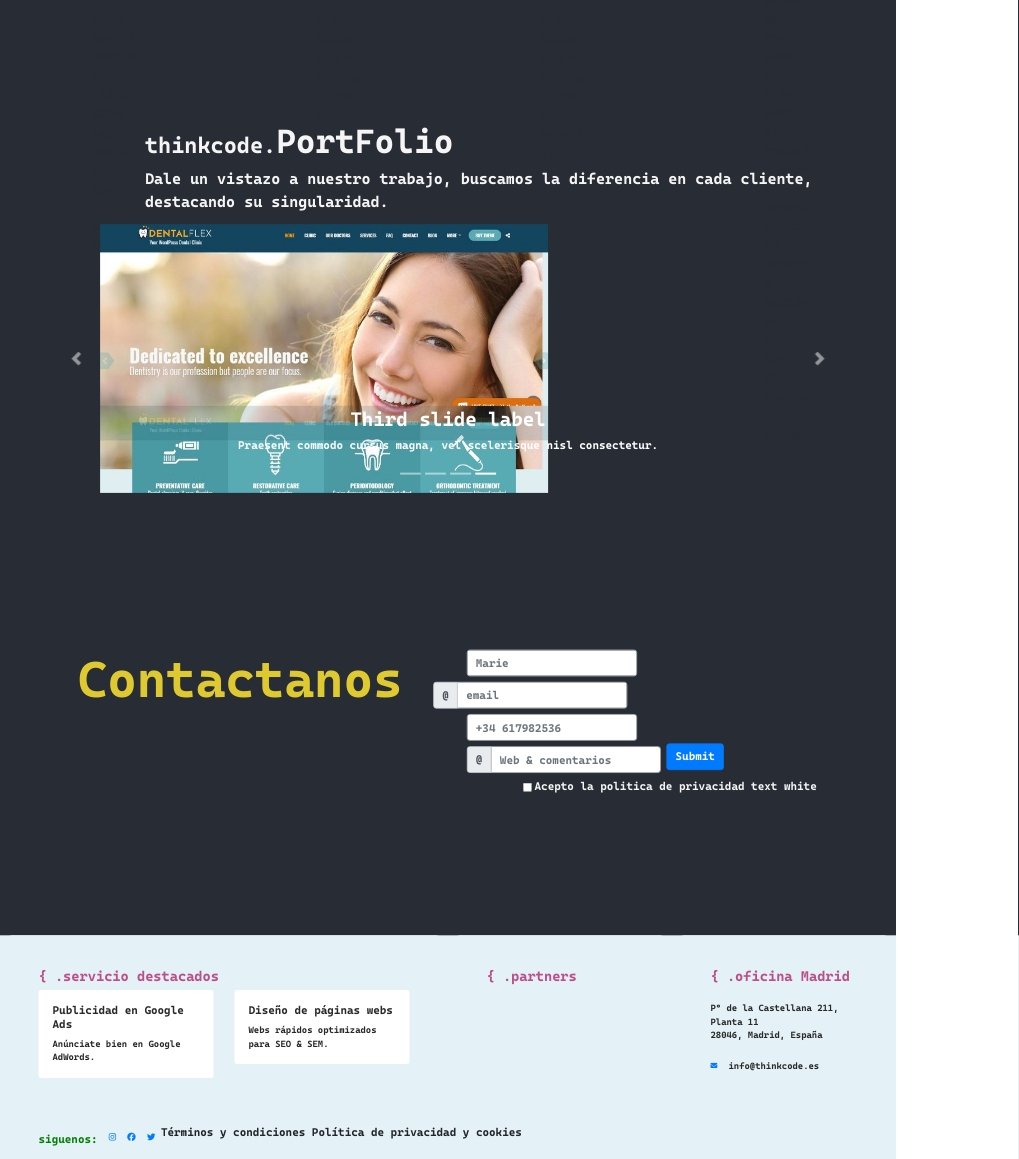
Repository: banchiec/thinkcode
Page: /
These files come from the project's save history. The page is drawn as it stood at one moment and after the next save; the edit follows.
The browser window is 1280 px wide. The page is 1455 px wide, so the pictures cover 1455 px, including what lies to the right of the window. The pictures show the part of the page from y = 2063 to 3743 px (the page is 3719 px tall before and 3743 px after), at 70% of full size.
Some web libraries are served in a nearby version. The project was rebuilt for these pictures with package versions that can differ from the ones it lists, and the page was loaded fresh each time. Also part of the build but not shown: src/components/MenuItems.js, src/components/Dropdownthink.css, src/components/Dropdownthink.js, src/components/pages/Consulting.js, src/components/pages/ContactUs.js, src/components/pages/Marketing.js, src/components/pages/Products.js, src/components/pages/Services.js and 1 more. Imported but missing from the stored project, and not drawn on this page: src/components/sliderInfo/SliderInfo.

Above is the page before, as saved 2020-11-30 15:28:58.

### public/index.html
<!DOCTYPE html>
<html lang="en">
  <head>
    <meta charset="utf-8" />
    <link rel="icon" href="%PUBLIC_URL%/favicon.ico" />
    <meta name="viewport" content="width=device-width, initial-scale=1" />
    <meta name="theme-color" content="#000000" />
    <meta
      name="description"
      content="Web site created using create-react-app"
    />
    <link rel="apple-touch-icon" href="%PUBLIC_URL%/logo192.png" />

    <!-- fontawesome -->
    <script src="https://kit.fontawesome.com/e7a02c1b14.js" crossorigin="anonymous"></script>
    <!-- jquery -->
    <script src="https://code.jquery.com/jquery-2-2.0.min.js"></script>
    <!--
      manifest.json provides metadata used when your web app is installed on a
      user's mobile device or desktop. See https://developers.google.com/web/fundamentals/web-app-manifest/
    -->
    <link rel="manifest" href="%PUBLIC_URL%/manifest.json" />
    <!--
      Notice the use of %PUBLIC_URL% in the tags above.
      It will be replaced with the URL of the `public` folder during the build.
      Only files inside the `public` folder can be referenced from the HTML.

      Unlike "/favicon.ico" or "favicon.ico", "%PUBLIC_URL%/favicon.ico" will
      work correctly both with client-side routing and a non-root public URL.
      Learn how to configure a non-root public URL by running `npm run build`.
    -->
    <title>React App</title>
  </head>
  <body>
    <noscript>You need to enable JavaScript to run this app.</noscript>
    <div id="root"></div>
    <!--
      This HTML file is a template.
      If you open it directly in the browser, you will see an empty page.

      You can add webfonts, meta tags, or analytics to this file.
      The build step will place the bundled scripts into the <body> tag.

      To begin the development, run `npm start` or `yarn start`.
      To create a production bundle, use `npm run build` or `yarn build`.
    -->


  </body>
</html>

### src/index.css
body {
  margin: 0;
  font-family: -apple-system, BlinkMacSystemFont, 'Segoe UI', 'Roboto', 'Oxygen',
    'Ubuntu', 'Cantarell', 'Fira Sans', 'Droid Sans', 'Helvetica Neue',
    sans-serif;
  -webkit-font-smoothing: antialiased;
  -moz-osx-font-smoothing: grayscale;
}

code {
  font-family: source-code-pro, Menlo, Monaco, Consolas, 'Courier New',
    monospace;
}
@font-face{
  font-family: 'CascadiaCode-Bold';
  src: local('CascadiaCode-Bold'), url(./fonts/CascadiaCode-Bold.ttf)
}

### src/App.js
import './App.css';
// import logo_thinkcode from './logo_thinkcode.png'
import React, {} from 'react'
import 'animate.css'
import Navbarthink from './components/Navbarthink'
import InfoSection from './components/infoSection/InfoSection'
import Pricing from './components/pricing/Pricing'
import Footer from './components/footer/Footer'
import Slide from './components/slide/Slide'
import FormContact from './components/forms/FormContact'
import {BrowserRouter as Router, Switch, Route} from 'react-router-dom'


// import Button  from 'react-bootstrap/Button'
// import 'bootstrap/dist/css/bootstrap.min.css'

// import {Navbar,Button, Nav , NavLink} from 'react-bootstrap'

import Consulting from './components/pages/Consulting'
import ContactUs from './components/pages/ContactUs'
import Home from './components/pages/Home'
import Marketing from './components/pages/Marketing'
import Products from './components/pages/Products'
import Services from './components/pages/Services'
import SignUp from './components/pages/SignUp'
// import InfoSection from './components/infoSection/InfoSection';

function App() {

  // const [click, setClick] = useState(false)
  // const [dropdown, setDropdown] = useState(false)




  return (
    <div className="App">
      <Router>
        <Navbarthink/>
        <Switch>
          <Route path='/consulting' exact component ={Consulting}></Route>
          <Route path='/contact-us' exact component ={ContactUs}></Route>
          <Route path='/' exact component ={Home}></Route>
          <Route path='/marketing' exact component ={Marketing}></Route>
          <Route path='/products' exact component ={Products}></Route>
          <Route path='/services' exact component ={Services}></Route>
          <Route path='/sign-up' exact component ={SignUp}></Route>
        </Switch>
        <InfoSection></InfoSection>
        <Pricing></Pricing>
        <Slide/>
        <FormContact></FormContact>
        <Footer/>
      </Router>

    </div>
  );
}

export default App;

### src/App.css
*{
  box-sizing: border-box;
  margin: 0;
  padding: 0;
  font-family: CascadiaCode-Bold;
  /* background: #282c34 ; */
  /* background: linear-gradient(90deg, rgb(76, 80, 88) 100%, rgb(8, 8, 9) 0%); */
}

.App {
  text-align: center;
  background: #282c34 ;
}

.App-logo {
  height: 40vmin;
  pointer-events: none;
}

.home, .services, .products,.contact-us,.sign-up, .marketing, .consulting{
  display: flex;
  height: 90vh;
  align-items: center;
  justify-content: center;
  font-size: 3rem;
}





@media (prefers-reduced-motion: no-preference) {
  .App-logo {
    animation: App-logo-spin infinite 20s linear;
  }
}

.App-header {
  background-color: #282c34;
  min-height: 100vh;
  display: flex;
  flex-direction: column;
  align-items: center;
  justify-content: center;
  font-size: calc(10px + 2vmin);
  color: white;
}

.App-link {
  color: #61dafb;
}

@keyframes App-logo-spin {
  from {
    transform: rotate(0deg);
  }
  to {
    transform: rotate(360deg);
  }
}

### src/components/Navbarthink.js
import React, { useState} from 'react'
import logo_thinkcode from '../images/logo_thinkcode.png'
// import logo_thinkcode from '../images/logo_thinkcode.png'
import { Buttonthink} from './Buttonthink'
import {Link} from 'react-router-dom'
import './Navbarthink.css'
import Dropdownthink from './Dropdownthink'

export default function Navbarthink(){
    const [click, setClick] = useState(false)
    const [dropdown, setDropdown] = useState(false)

    const handleClick = () => setClick(!click)
    const closeMobileMenu = () => setClick(false)

    const onMouseEnter = () =>{
        if(window.innerWidth < 960) {
        setDropdown(false)
        } else {
        setDropdown(true)
        }
    }
    const onMouseLeave = () =>{
        if(window.innerWidth < 960) {
        setDropdown(false)
        } else {
        setDropdown(false)
        }
    }

    return(
        <>
            <nav className="navbarthink">
                <Link to='/' className="navbar-logo">
                    {/* thinkcode */}
                    <img alt="" src={logo_thinkcode} width="300" height="40"></img>
                </Link>
                <div className='menu-icon' onClick={handleClick}>
                    <i className={click ? 'fas fa-times' : 'fas fa-bars'}
                    />
                </div>
                <ul className={ click ? 'nav-menu active' : 'nav-menu'}>

                    <li className='nav-item'>
                        <Link to='/' className='nav-links' onClick={closeMobileMenu}>
                            Home
                        </Link>
                    </li>
                    <li className='nav-item'
                        onMouseEnter={onMouseEnter}
                        onMouseLeave={onMouseLeave}
                        // onClick={handleClick}
                        >
                        <Link to='/services' className='nav-links' onClick={closeMobileMenu}>
                           Services
                           <i className='fas fa-caret-down' />
                        </Link>
                        {dropdown && <Dropdownthink/>}
                    </li>
                    <li className='nav-item'>
                        <Link to='/products' className='nav-links' onClick={closeMobileMenu}>
                            Products
                        </Link>
                    </li>
                    <li className='nav-item'>
                        <Link to='/contact-us' className='nav-links' onClick={closeMobileMenu}>
                           Contact Us
                        </Link>
                    </li>
                    <li className='nav-item'>
                        <Link to='/sign-up' className='nav-links-mobile' onClick={closeMobileMenu}>
                           Sign up
                        </Link>
                    </li>

                </ul>
                <Buttonthink />
            </nav>
        </>
    )

}

### src/components/infoSection/InfoSection.js
import React from 'react'
// import {AlltextInfoSection} from './AlltextInfoSection'
import imagensvg3 from '../../images/imagensvg3.svg'
import 'bootstrap/dist/css/bootstrap.min.css'
import './infoSection.css'
import {Col, Container,Row,} from 'react-bootstrap'

export default function InfoSection() {

    return (
            <Container fluid  className="content-infoSection">
                <Row>
                    {
                        // AlltextInfoSection.map((item,index) => {
                        //     return (
                        //         <Row>
                        //         <Col  md={6} lg={6} >
                        //             {/* <h1 key={index}>{item.firstTitle}</h1> */}
                        //             <div className="content-text-infoSection">
                        //                 <h2 >{item.firstTitle}<span className="text-title-infoSection animate__animated animate__fadeInLeft animate__delay-1s">{item.secundTitle}</span></h2>
                        //                 <p className="text-infoSection">{item.text}</p>
                        //             </div>
                        //         </Col>
                        //         <Col  md={6} lg={6}  >
                        //             <img  className="imagensvg-infoSection" alt="" src={imagensvg3}></img>
                        //         </Col>
                        //         </Row>
                        //     )
                        // })
                    }

                    <Col  md={6} lg={6} >
                        <div className="content-text-infoSection">
                            <h2 >thinkcode.<span className="text-title-infoSection animate__animated animate__fadeInLeft animate__delay-1s">developers</span></h2>
                            <p className="text-infoSection">Diseño y desarrollo de aplicaciones y páginas web para tu negocio o proyecto.
                            Disfrutamos mucho con lo que hacemos, compruébalo.</p>
                        </div>
                    </Col>
                    <Col  md={6} lg={6}  >
                        <img  className="imagensvg-infoSection" alt="" src={imagensvg3}></img>
                    </Col>

                </Row>

            </Container >
            // <Container fluid  className="content-infoSection">
            //     <Row>
            //         <Col  md={6} lg={6} >
            //             <div className="content-text-infoSection">
            //                 <h2 >thinkcode.<span className="text-title-infoSection animate__animated animate__fadeInLeft animate__delay-1s">developers</span></h2>
            //                 <p className="text-infoSection">Diseño y desarrollo de aplicaciones y páginas web para tu negocio o proyecto.
            //                 Disfrutamos mucho con lo que hacemos, compruébalo.</p>
            //             </div>
            //         </Col>
            //         <Col  md={6} lg={6}  >
            //             <img  className="imagensvg-infoSection" alt="" src={imagensvg3}></img>
            //         </Col>

            //     </Row>

            // </Container >
    )
}

### src/components/pages/Home.js
import React,{useEffect} from 'react'
import '../sliderInfo/SliderInfo'

export default function Home() {

    useEffect(()=>{
    })
    return (
        <div>
            {/* <InfoSection></InfoSection> */}
            {/* <Pricing></Pricing> */}
            {/* <Slide/> */}
            {/* <Footer/> */}

           {/* <h1 className='consulting' >Thinkcode</h1> */}
        </div>
    )
}

### src/components/Buttonthink.js
import React  from 'react'
import './Buttonthink.css'
import {Link} from 'react-router-dom'

export function Buttonthink() {
        return (
            <Link to ='sing-up'>
               <button className='btnthink'>Sign think </button>
            </Link>
        )
}

### src/components/Navbarthink.css
.navbarthink{
  /* background: linear-gradient(9deg, rgb(66, 80, 88) 0%, rgb(8, 8, 9) 100%); */
  background: #282c34;

  height: 80px;
  display: flex;
  justify-content: center;
  align-items: center;
  font-size: 1.2rem;
}

.navbar-logo {
  color: #fff;
  justify-self: start;
  margin-left: 40px;
  cursor: pointer;
  text-decoration: none;
}

.fa-firstdraft {
  margin-left: 0.5rem;
  font-size: 1.6rem;
}

.nav-menu {
  display: grid;
  grid-template-columns: repeat(5, auto);
  grid-gap: 10px;
  list-style: none;
  text-align: center;
  width: 70vw;
  justify-content: end;
  margin-right: 2rem;
}

.nav-item {
  display: flex;
  align-items: center;
  height: 80px;
}

.nav-links {
  color: white;
  text-decoration: none;
  padding: 0.5rem 1rem;
}

.nav-links:hover {
  background-color: #1888ff;
  border-radius: 4px;
  transition: all 0.2s ease-out;
}

.fa-bars {
  color: #fff;
}

.nav-links-mobile {
  display: none;
}

.menu-icon {
  display: none;
}

@media screen and (max-width: 960px) {
  /* .text-propuesta {
    margin-top: 12rem;
  } */

  .fa-caret-down {
    display: none;
  }
  .NavbarItems {
    position: relative;
  }

  .nav-menu {
    display: flex;
    flex-direction: column;
    width: 100%;
    height: 90vh;
    position: absolute;
    top: 80px;
    left: -100%;
    opacity: 1;
    transition: all 0.9s ease;
  }

  .nav-menu.active {
    background: #2a2c30;
    left: 0;
    opacity: 1;
    transition: all 0.5s ease;
    z-index: 1;
  }

  .nav-links {
    text-align: center;
    padding: 2rem;
    width: 100%;
    display: table;
  }

  .nav-links:hover {
    background-color: #1888ff;
    border-radius: 0;
  }

  .navbar-logo {
    position: absolute;
    top: 0;
    left: 0;
    transform: translate(25%, 50%);
  }

  .menu-icon {
    display: block;
    position: absolute;
    top: 0;
    right: 0;
    transform: translate(-100%, 60%);
    font-size: 1.8rem;
    cursor: pointer;
  }

  .fa-times {
    color: #fff;
    font-size: 2rem;
  }

  .nav-links-mobile {
    display: block;
    text-align: center;
    padding: 1.5rem;
    margin: 2rem auto;
    border-radius: 4px;
    width: 80%;
    background: #1888ff;
    text-decoration: none;
    color: #fff;
    font-size: 1.5rem;
  }

  .nav-links-mobile:hover {
    background: #fff;
    color: #1888ff;
    transition: 250ms;
  }

  button {
    display: none;
  }
}

### src/components/infoSection/infoSection.css
.content-infoSection {
    /* padding: 0; */
    margin-top: 150px;
    background: #282c34 ;
    height: 700px;
    /* border: 1px solid rebeccapurple; */
}
.content-text-infoSection {
    margin-left: 12rem;
    margin-top: 8rem;
    text-align: start;
    /* border: 0; */
    /* padding: 0; */
    /* border: 1px solid whitesmoke; */
    color: whitesmoke;
}
.imagensvg-infoSection {
    padding: 0;
    /* border-right: 5px; */
    width: 800px;

}
.text-title-infoSection{
    font-size: 3rem;
    /* size: 12px; */
}
.text-infoSection {
    font-size: 22px;
}
@media screen and (max-width: 960px) {
    .content-infoSection {
        margin-top: 0px;
    }
    .text-infoSection{
        margin-top: 3rem;
        margin-left: 1rem;
        margin-right: 1rem;
    }
    .imagensvg-infoSection{
        margin-top: 5rem;
        width: 500px;
    }
    .content-text-infoSection {
        margin-left: 1rem;
    }
    .text-propuesta {
        margin-top: 15rem;
    }

}

### src/components/pricing/Pricing.css
.container-pricing {
    /* background-color: whitesmoke; */
    /* border: 1px solid white; */
    /* height:  800px; */
    background: linear-gradient(90deg, rgb(76, 80, 88) 100%, rgb(66, 66 66) 0%);
    /* z-index: -1; */
}
.container-card{
    padding-top: 4rem;
    align-content: center;
    padding: auto;
    text-align: start;
    /* height: 600px; */
    /* background-color: violet; */
    /* color: transparent; */
}
.card-pricing {
    /* width: 34rem; */
    margin-left: 5rem;
    background: #deca30;
    /* background: #3b4454; */
    /* background: linear-gradient(90deg, rgb(224, 242, 241) 0%, rgb(255, 255, 255) 100%); */
    margin-right: 3rem;
    height: 52rem;
}
.card-left {
    margin-top: 4rem;
}
.card-right {
    margin-top: 4rem;
}
.card-button {
    /* margin-top: 3rem; */
    /* margin-left: 13rem; */
    position: absolute;
    right: 13px;
    bottom: 18px;
    color: whitesmoke;
}
.text-card {
    padding-top: 1.5rem;
    padding-left: 1rem;
    padding-right: 2.5rem;
    color: #282c34;
    font-size: 18px;
}
.image-pricing {
    height: 15rem;
    width: 80%;
    align-self: center;
}
.title-card {
    /* padding-top: 0.2rem; */
    padding-left: 1rem;
    color: #282c34;
    font-size: 28px;
}
.text-propuesta {
    margin: 0 0.5rem;
    animation: bounce;
    animation-duration: 2s;
    color: whitesmoke;
    font-size: 3rem;
}

@media screen and (max-width: 960px){
    .text-propuesta{
        margin-top: 12rem;
    }
}

### src/components/footer/Footer.css
.container-footer {
    border: 0;
    /* padding: 0; */
    /* border: 1px solid green; */
    height: auto;
    background: #e4f1f7;
}
.card{
    /* padding-bottom: 22px; */
    border: 0;
    /* background: white; */
    text-align: left;
    font-size: small;
    width: auto;
    /* background: #deca30; */
}
.card-footer {
    padding-top: 10px;
    padding-bottom: 22px;
    border: 0;
    color: #282a28;
    background: #e4f1f7;
}
.text-card-footer  {
    padding: 0;
    margin-top: 1.5rem;
    font-size: small;
    text-align: start;
}
.title-footer{
    text-align: left;
    font-size: medium;
}
.title-card-footer {
    margin-top: 1rem;
    text-align: left;
    color: #bc4f88;
}
.pin-ic{
    margin-top: 12px;
    margin: 8px;
    position:center;
}

.pin-ic-enveloped{
    margin-top: 12px;
    /* margin: 8px; */
    margin-right: 1rem;
    position:center;
}
.iconos-redes-sociales{
    position: relative;
    margin-left: 2.5rem;
}
.text-siguenos{
    margin-top: 10px;
    margin-right: 8px;
    color: green;

}

### src/components/slide/Slide.css
.container-slider {
    margin-top: 10rem;
    border-top: 5rem;
    margin-bottom: 5rem;
}
.d-block {
    margin-left: 8rem;
    width: 40rem;
    height: 24rem;
    /* border:1px solid green; */
}

.container-secundary-slider .d-block {
    width: 20rem;
    height: 12rem;
    margin-left: 2rem;


}
.carousel-large {
    width: 100%;
}
@media screen and (max-width: 960px) {
    .d-block {
        margin-left: auto;
    }

}

### src/components/forms/FormContact.css
.container-formContact {
    /* border:1px solid green; */
    /* background:  ; */
}
.container-form {
    /* border:1px solid green; */
    /* margin: 5rem; */
    margin-top: 5rem;
    margin-bottom: 8rem;
    padding: 4rem;

    /* margin-left: 10rem; */
}
.text-contactanos {
    /* border: 1px solid green; */
    padding: 4rem;
    /* margin-right: 10rem ; */
    margin-left: 2rem;
    margin-top: 5rem;
    font-size: 4rem;
    color: #deca30;


}
.form-inline {
    margin-left: 8rem;
}
.check-conditions {
    margin-left: 0;
    color: whitesmoke;

}

### src/components/Buttonthink.css
:root{
    --primary: #1888ff;
}
.btnthink{
    padding: 8px 20px;
    border-radius: 4px;
    outline: none;
    border: none;
    font-size: 18px;
    color: #fff;
    cursor: pointer;
    background-color: var(--primary);
}
.btnthink:hover {
    padding: 6px 18px;
    transition: all 1.5s ease-out;
    background-color: transparent;
    color: #2a2a2a;
    border-radius: 4px;
    border: 2px solid var(--primary)
}

Loaded but not shown: src/index.js (common file); src/components/footer/Footer.js (102 lines, source omitted); src/components/pricing/Pricing.js (84 lines, source omitted); src/components/slide/Slide.js (84 lines, source omitted); src/components/forms/FormContact.js (72 lines, source omitted)

After the next save:
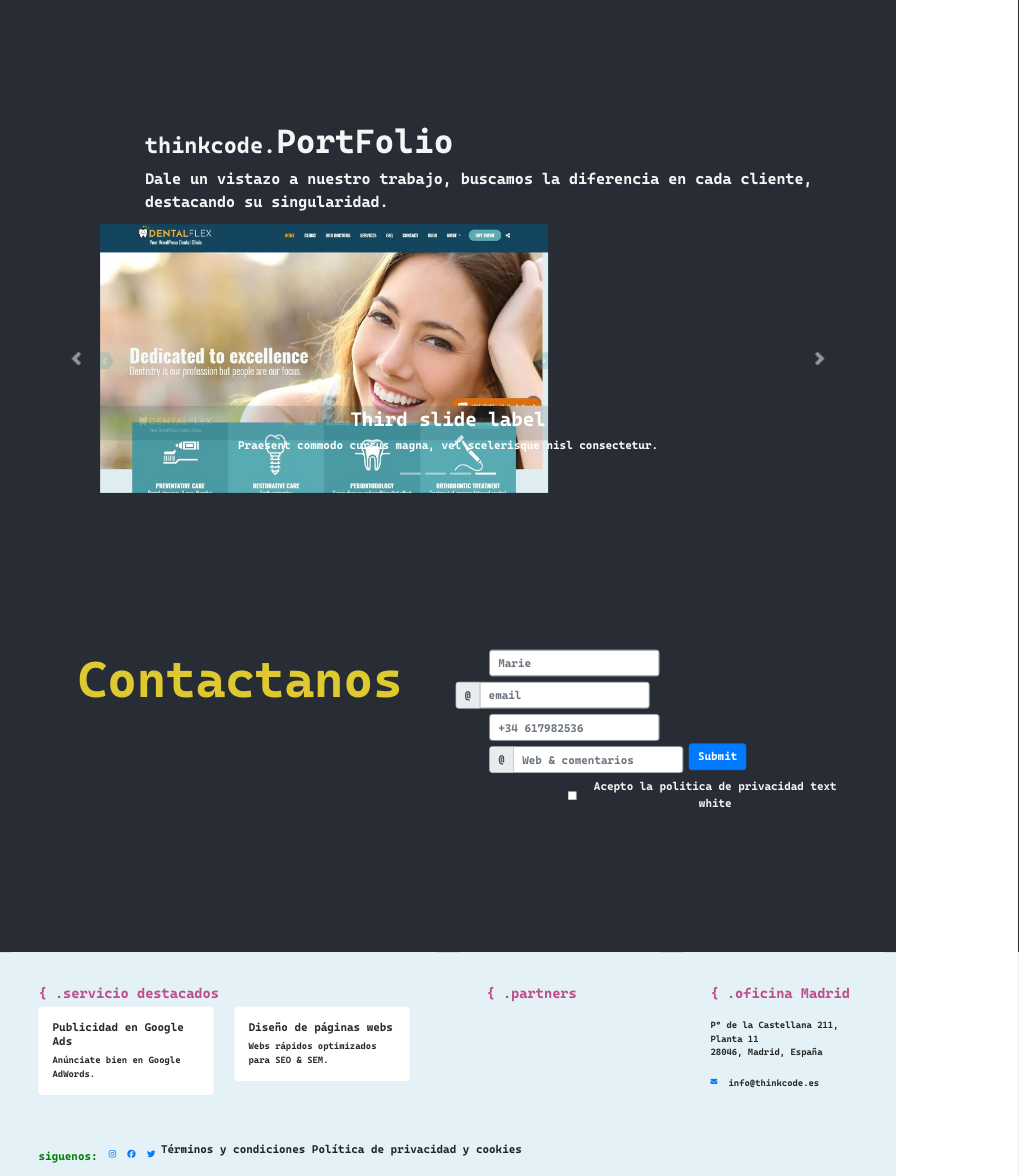
Saved 7 s later.
--- a/src/components/forms/FormContact.css
+++ b/src/components/forms/FormContact.css
@@ -23,7 +23,7 @@
 
 }
 .form-inline {
-    margin-left: 8rem;
+    margin-left: 10rem;
 }
 .check-conditions {
     margin-left: 0;
